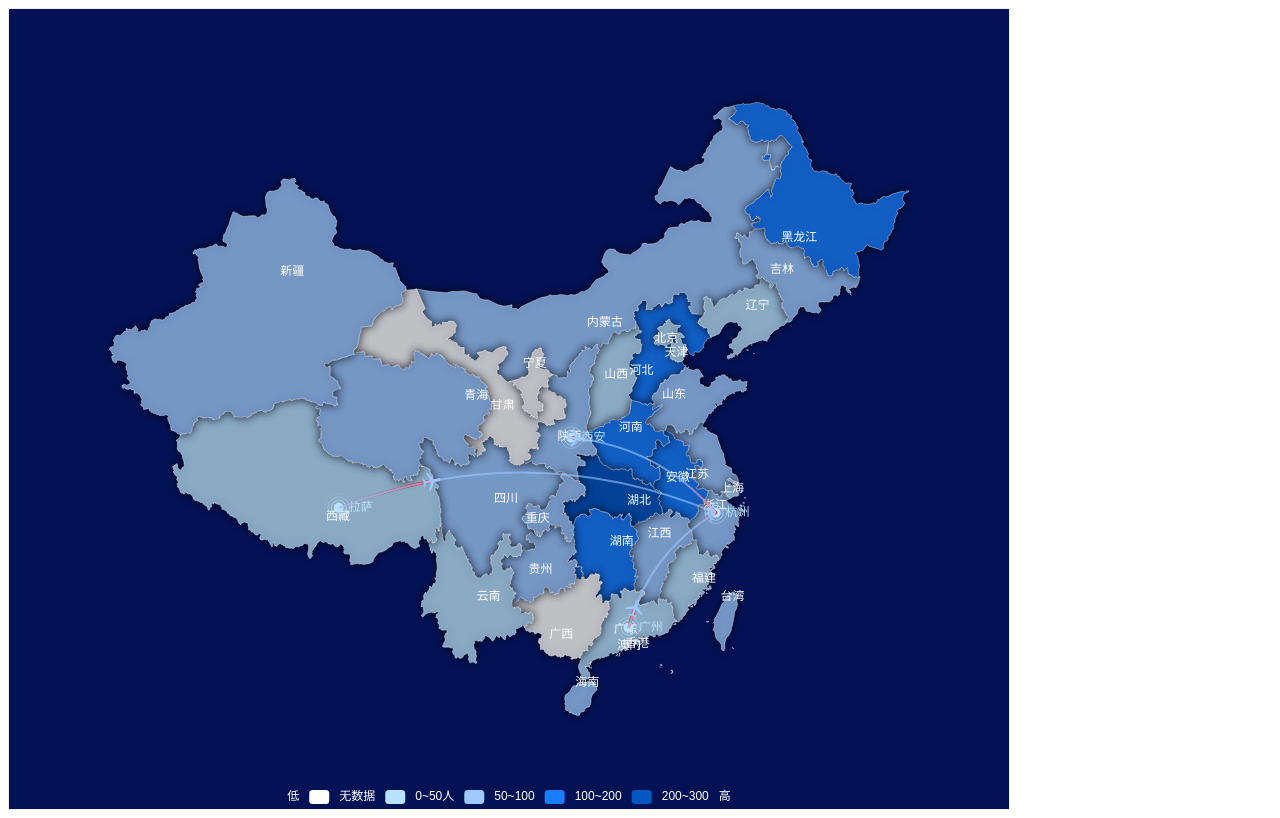
Repository: 572031690/echartssimple
Page: 21.地图常见效果_地图和散点图结合.html
The author's editor kept a copy of each file at every save. The page is drawn from the files as they stood at one save, then again after the next save.
The browser window is 1280 px wide. The pictures show the whole page.

Above is the page before, as saved 2021-08-11 18:09:22.

### 21.地图常见效果_地图和散点图结合.html
<!DOCTYPE html>
<html lang="en">

<head>
  <meta charset="UTF-8">
  <meta name="viewport" content="width=device-width, initial-scale=1.0">
  <meta http-equiv="X-UA-Compatible" content="ie=edge">
  <title>Document</title>
  <script src="lib/echarts.min.js"></script>
  <script src="lib/jquery.min.js"></script>
</head>

<body>
  <div style="width: 1000px;height:800px;background-color:#031255;border: 1px solid #eee;"></div>

  <script>
    //1. 给series下增加一个新的对象
    //2. 准备数据散点数据  , 配置给series下的另外一个对象
    //3. 配置series下的新对象的type值为effectScatter
    //4. 指明散点图的坐标系统为geo
    //5. 调整涟漪动画效果
    var airData = [
      { name: '北京', value: 39.92,count: 35 },
      { name: '天津', value: 39.13,count: 35 },
      { name: '上海', value: 31.22,count: 35 },
      { name: '重庆', value: 66,count: 35 },
      { name: '河北', value: 147,count: 35 },
      { name: '河南', value: 113,count: 35 },
      { name: '云南', value: 25.04,count: 35 },
      { name: '辽宁', value: 50,count: 35 },
      { name: '黑龙江', value: 114,count: 35 },
      { name: '湖南', value: 175,count: 35 },
      { name: '安徽', value: 117,count: 35 },
      { name: '山东', value: 92,count: 35 },
      { name: '新疆', value: 84,count: 35 },
      { name: '江苏', value: 67,count: 35 },
      { name: '浙江', value: 84,count: 35 },
      { name: '江西', value: 96,count: 35 },
      { name: '湖北', value: 273,count: 35 },
      { name: '广西', value: 0,count: 35 },
      { name: '甘肃', value: 0,count: 35 },
      { name: '山西', value: 39,count: 35 },
      { name: '内蒙古', value: 58,count: 35 },
      { name: '陕西', value: 61,count: 35 },
      { name: '吉林', value: 51,count: 35 },
      { name: '福建', value: 29,count: 35 },
      { name: '贵州', value: 71,count: 35 },
      { name: '广东', value: 38,count: 35 },
      { name: '青海', value: 57,count: 35 },
      { name: '西藏', value: 24 ,count: 35},
      { name: '四川', value: 58,count: 35 },
      { name: '宁夏', value: 0 ,count: 35},
      { name: '海南', value: 54,count: 35 },
      { name: '台湾', value: 88,count: 35 },
      { name: '香港', value: 66,count: 35 },
      { name: '澳门', value: 77,count: 35 },
      { name: '南海诸岛', value: 55 ,count: 35}
    ]
    var scatterData = [
      {
        value: [120.213042, 29.86119]
      }
    ]
    var labelFormatter = [
      {name: '杭州', matter: '公司总部：杭州钢材科技公司'},
      {name: '拉萨', matter: '钢材公司1'},
      {name: '广州', matter: '钢材公司2'},
      {name: '西安', matter: '钢材公司3'}

    ]

    var lineSc = [
      {coords:[[91.1865, 30.1465],[120.213042, 29.86119]],fromName:"拉萨",toName:"杭州",value:100},
      {coords:[[113.5107, 23.2196],[120.213042, 29.86119]],fromName:"广州",toName:"杭州",value:100},
      {coords:[[109.1162, 34.2004],[120.213042, 29.86119]],fromName:"西安",toName:"杭州",value:100}
    ]
    var planePath =
                "path://M1705.06,1318.313v-89.254l-319.9-221.799l0.073-208.063c0.521-84.662-26.629-121.796-63.961-121.491c-37.332-0.305-64.482,36.829-63.961,121.491l0.073,208.063l-319.9,221.799v89.254l330.343-157.288l12.238,241.308l-134.449,92.931l0.531,42.034l175.125-42.917l175.125,42.917l0.531-42.034l-134.449-92.931l12.238-241.308L1705.06,1318.313z";
    var mCharts = echarts.init(document.querySelector("div"))
    $.get('json/map/china.json', function (ret) {
      // ret 就是中国的各个省份的矢量地图数据
      console.log(ret)
      echarts.registerMap('chinaMap', ret)
      var option = {
        tooltip: {//鼠标一上去的信息框
          trigger: 'item'
        },
        geo: {
          type: 'map',
          map: 'chinaMap', // chinaMap需要和registerMap中的第一个参数保持一致
          roam: true, // 设置允许缩放以及拖动的效果
          label: {
            show: true, // 展示标签
            textStyle: {
              fontSize: 12,
              textWeight:900,
              color: 'white'
            }
          },
          itemStyle: {
            normal: {
              areaColor: '#416cbb',//地图区域的颜色。
              borderColor: '#fff',//图形的描边颜色。支持的颜色格式同 color，不支持回调函数。
              shadowColor: 'black',//阴影颜色。#41587f
              shadowBlur: 8,//图形阴影的模糊大小。
              opacity: 0.75//图形透明度
            },
            emphasis: {
              areaColor: '#fdd145',
            }
          }
        },
        series: [
          { // 地图数据
            data: airData,
            geoIndex: 0, // 将空气质量的数据和第0个geo配置关联在一起
            type: 'map',
            tooltip: {
              textStyle: {
                fontSize:10,
              },
              // 利用formatter来自定义tooltip展示的数据
              formatter: function (params,ticket,callback) {
                if (params.value) {
                  return params.name+'<br/>成交量：' + params.value + '单<br/>' + '平均标签价格：' + airData[params.dataIndex].count + '元<br/>'
                } else {
                    callback()
                }
              }
            }
          },
          { // 动态红线
            name: " 杭州 Top3",
            type: "lines",
            zlevel: 1, // zlevel 大的 Canvas 会放在 zlevel 小的 Canvas 的上面。
            effect: {
              show: true,
              period: 4, // 动画的快慢
              trailLength: 0.7, // 红线的宽度
              color: "red", //arrow箭头的颜色
              symbolSize: 3 // 红线的宽度
            },
            lineStyle: {
              color: 'red',
              width: 0,
              curveness: 0.2 // 弯曲度
            },
            data:lineSc,

          },
          { // 箭头线
            name: " 杭州 Top3",
            type: "lines",
            zlevel: 2,
            symbol: ["none", "arrow"],
            symbolSize: 10, // 设置箭头的大小
            effect: {
              show: true,
              period: 4,
              trailLength: 0,// 红线的宽度 设置为零只显示飞机
              symbol: planePath,
              symbolSize: 18
            },
            lineStyle: {
              normal: {
                color: 'black',
                width: 2,
                opacity: 0.6,
                curveness: 0.2
              },

            },
            data: lineSc,
            tooltip: {
              // 利用formatter来自定义tooltip展示的数据
              formatter: function (params,ticket,callback) {
                console.log(params);
                  return params.data.fromName+'采购：<br/> 木材：'+ params.data.value + '万吨'
              }
            }
          },
          { // 散点数据
            name:'杭州',
            data: [[120.213042, 29.86119],[91.1865, 30.1465],[113.5107, 23.2196],[109.1162, 34.2004]], // 配置散点的坐标数据
            type: 'effectScatter',
            coordinateSystem: 'geo', // 指明散点使用的坐标系统  geo的坐标系统
            rippleEffect: {
              scale: 3, // 设置涟漪动画的缩放比例
              brushType: "stroke"
            },
            label: {
              normal: {
                show: true,
                position: "right",
                formatter: function (params,ticket,callback) {
                  return labelFormatter[params.dataIndex].name
                }
              }
            },
            itemStyle: {
              normal: {
                color: 'black'
              },
              emphasis: {
                areaColor: "#2B91B7"
              }
            },
            tooltip: {
              textStyle: {
                fontSize:10,
              },
              // 利用formatter来自定义tooltip展示的数据
              formatter: function (params,ticket,callback) {
                return labelFormatter[params.dataIndex].matter
              }

            }
          }
        ],
        visualMap: { // 渐变分层显示
          // type: 'continuous',   // 连续渐变
          type: 'piecewise',  // 分层
          min: 0,
          max: 300,
          text: ['高', '低'],//两端的文本，如 ['High', 'Low']
          showLabel:true,           //是否显示每项的文本标签
          orient:"horizontal",     //图例排列方向 水平horizontal 垂直vertical
          left:"center",
          indicatorStyle: {
            borderColor:'red',
            borderWidth: 1,
          },
          textStyle: {//设置文字颜色（Demo左下组件）
            color: 'white',
            fontSize:12
          },
          // inRange: {
          //   color: ['#B8E2FF','#9DC9FF','#6CADFF','#187EFF', '#0357C2'] // 控制颜色渐变的范围
          // },

          pieces: [
          // 自定义『分段式视觉映射组件（visualMapPiecewise）』的每一段的范围，以及每一段的文字，以及每一段的特别的样式
            { gt: 200, lte: 300, label: "200~300", color: "#0357C2" }, // (500, 900]
            { gt: 100, lte: 200, label: "100~200", color: "#187EFF" }, // (310, 500]
            { gt: 50, lte: 100, label: "50~100", color: "#9DC9FF" }, // (200, 300]
            { gt: 0, lte: 50, label: "0~50人", color: "#B8E2FF" }, // (10, 200]
            { value:0, label: "无数据", color: "#fff" } // [0]
          ],

          // calculable: true // 出现滑块
        }
      }
      mCharts.setOption(option)
    })

  </script>
</body>

</html>

Loaded but not shown: lib/echarts.min.js (library); lib/jquery.min.js (library); json/map/china.json (common file)

After the next save:
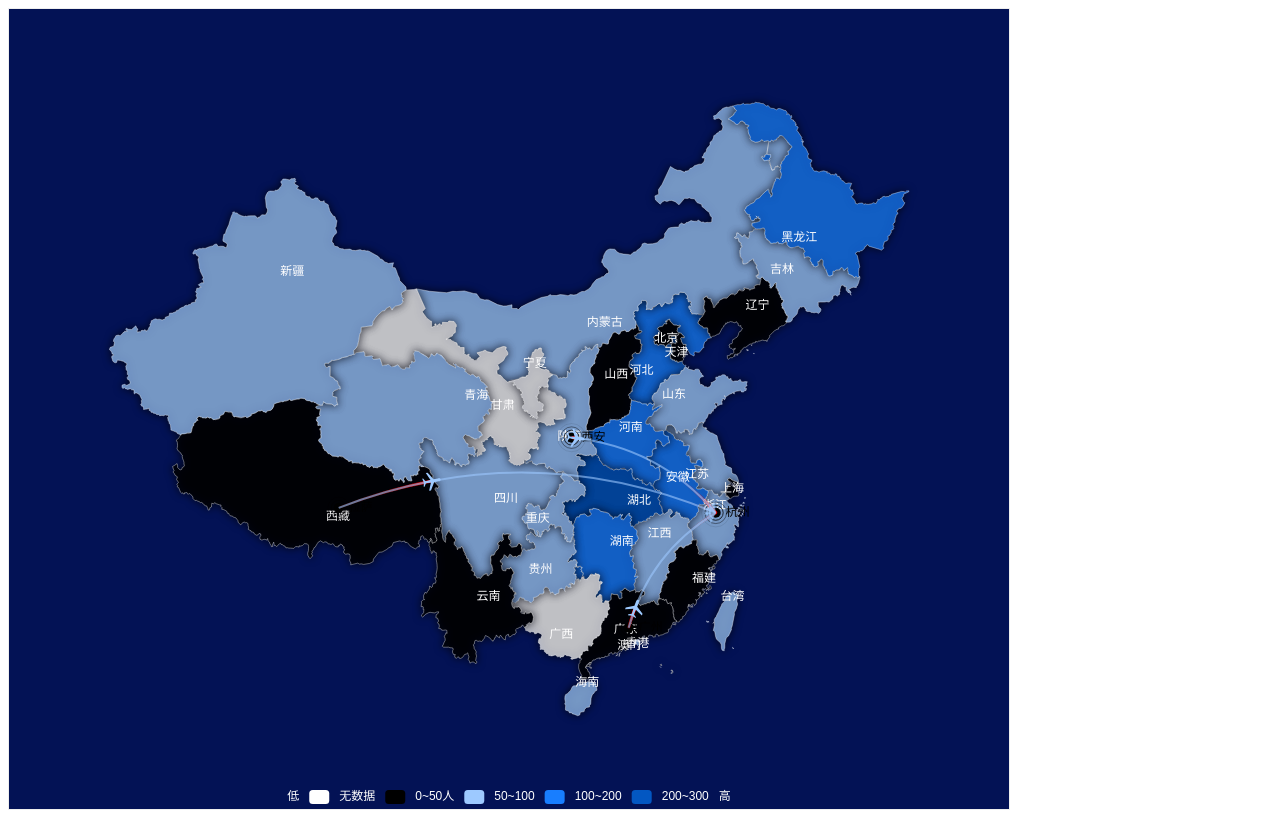
Saved 33 s later.
--- a/21.地图常见效果_地图和散点图结合.html
+++ b/21.地图常见效果_地图和散点图结合.html
@@ -199,7 +199,7 @@
             },
             itemStyle: {
               normal: {
-                color: 'black'
+                color: '#46bee9'
               },
               emphasis: {
                 areaColor: "#2B91B7"
@@ -243,7 +243,7 @@
             { gt: 200, lte: 300, label: "200~300", color: "#0357C2" }, // (500, 900]
             { gt: 100, lte: 200, label: "100~200", color: "#187EFF" }, // (310, 500]
             { gt: 50, lte: 100, label: "50~100", color: "#9DC9FF" }, // (200, 300]
-            { gt: 0, lte: 50, label: "0~50人", color: "#B8E2FF" }, // (10, 200]
+            { gt: 0, lte: 50, label: "0~50人", color: "black" }, // (10, 200]
             { value:0, label: "无数据", color: "#fff" } // [0]
           ],
 
